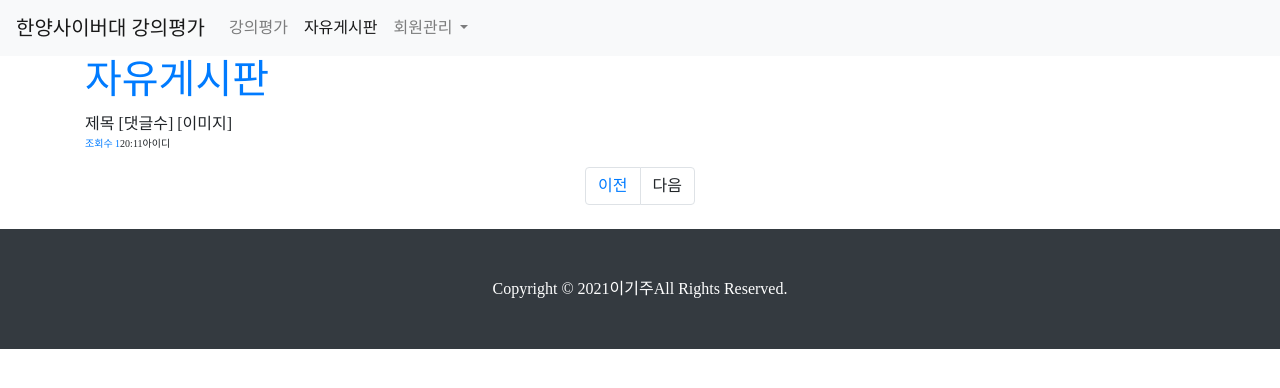
Repository: lkjjjang/hycu
Page: http://localhost/hycujjang/mobile.jsp
These files come from the project's save history. The page is drawn as it stood at one moment and after the next save; the edit follows.
The browser window is 1280 px wide. The pictures show the whole page.
Some web fonts or font styles are not loaded; a fallback is used. The page is served by Tomcat 9. Nobody is signed in. The application's start-up code is not run. The template is opened directly, without the code that normally fills it, so the values that code supplies are empty.

Above is the page before, as saved 2022-01-02 08:45:44.

After the next save:
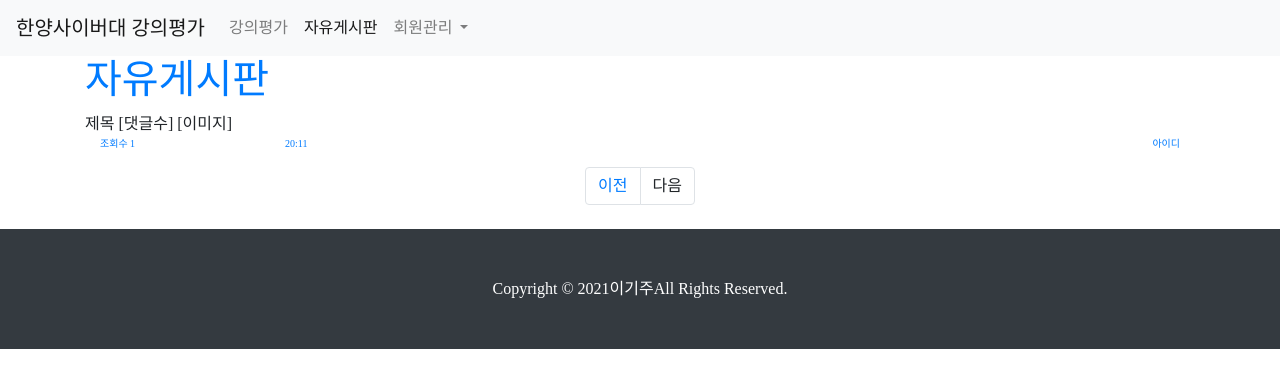
Saved 2 min 22 s later.
--- a/hycujjang/WebContent/mobile.jsp
+++ b/hycujjang/WebContent/mobile.jsp
@@ -57,13 +57,13 @@
 	  			</div>
   			</div>
   			<div class="row">
-  				<div class='text-primary' style="font-size: 10px;">
+  				<div class='text-primary col-md-2' style="font-size: 10px;">
 	  				조회수 1
 	  			</div>
-	  			<div style="font-size: 10px;">
+	  			<div class='text-primary col-md-2' style="font-size: 10px;">
 	  				20:11
 	  			</div>
-	  			<div style="font-size: 10px;">
+	  			<div class='text-primary col-md-8' style="font-size: 10px; text-align: right">
 	  				아이디
 	  			</div>
   			</div>
